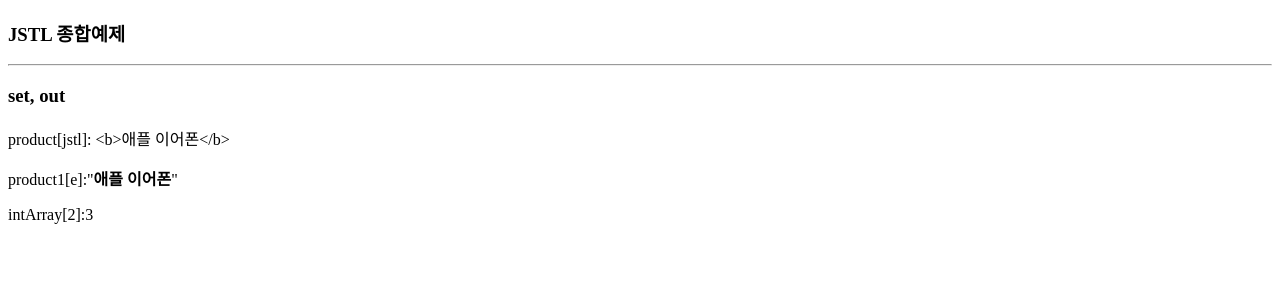
Repository: Hwater00/JSP-practice
Page: http://localhost/jwbook/ch07/jstlExam.jsp
The author's editor kept a copy of each file at every save. The page is drawn from the files as they stood at one save, then again after the next save.
The browser window is 1280 px wide. The pictures show the whole page.
The page is served by Tomcat 9. Other server files are loaded and not shown.

Above is the page before, as saved 2023-07-31 02:23:45.

### javaWorkspace/jwbook/src/main/webapp/ch07/jstlExam.jsp
<%@ page language="java" contentType="text/html; charset=UTF-8" pageEncoding="UTF-8"%>
<%@ taglib uri="http://java.sun.com/jsp/jstl/core" prefix="c" %>

<!DOCTYPE html>
<html>
<head>
<meta charset="UTF-8">
<title>종합예제</title>
</head>
<body>
<h3>JSTL 종합예제</h3>
<hr>
    <h3>set, out</h3>
    <c:set var="product1" value="<b>애플 이어폰</b>" />
    <c:set var="product2" value="삼성 갤럭시 노트" />
     <c:set var="intArray" value="${[1,2,3,4,5]}" />

    <p>
    product[jstl]:
    <c:out value="${product1}" default="Not register" escapeXml="true" />
    </p>
    <p>product1[e]:"${product1}"</p>
    <p>intArray[2]:${intArray[2]}</p>
</body>
</html>

After the next save:
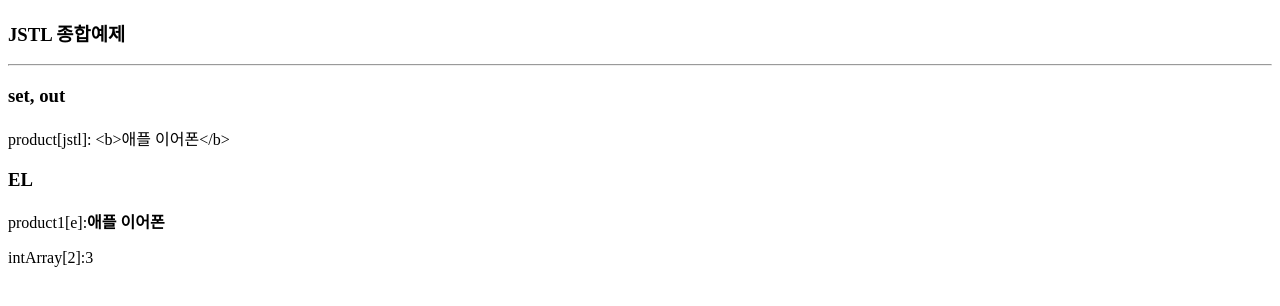
Saved 3 min 32 s later.
--- a/javaWorkspace/jwbook/src/main/webapp/ch07/jstlExam.jsp
+++ b/javaWorkspace/jwbook/src/main/webapp/ch07/jstlExam.jsp
@@ -19,7 +19,9 @@
     product[jstl]:
     <c:out value="${product1}" default="Not register" escapeXml="true" />
     </p>
-    <p>product1[e]:"${product1}"</p>
+
+    <h3>EL </h3>
+    <p>product1[e]:${product1}</p>
     <p>intArray[2]:${intArray[2]}</p>
 </body>
 </html>
